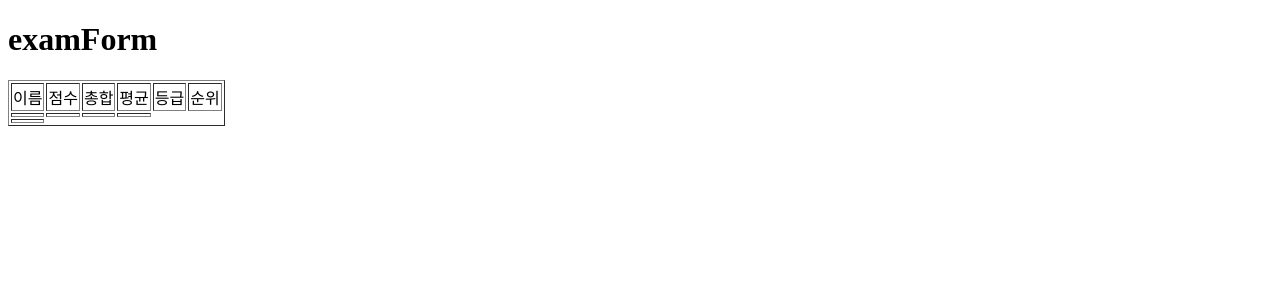
Repository: Jhoon0211/java_work
Page: http://localhost/jspProj/exam/examForm.jsp
The author's editor kept a copy of each file at every save. The page is drawn from the files as they stood at one save, then again after a run of saves.
The browser window is 1280 px wide. The pictures show the whole page.
The page is served by Tomcat 9.

Above is the page before, as saved 2023-07-31 06:55:58.

After the next 2 saves:
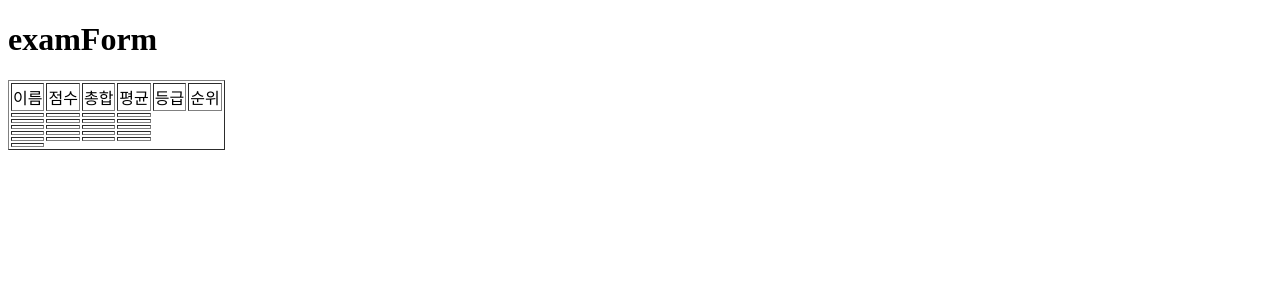
The 2 saves are shown as one change because they came seconds apart.
The last was saved 2 min 9 s later.
--- a/jspProj/src/main/webapp/exam/examForm.jsp
+++ b/jspProj/src/main/webapp/exam/examForm.jsp
@@ -18,12 +18,14 @@
 				<td>등급</td>
 				<td>순위</td>
 			</tr>
+			<% for(int i = 0; i<5; i++){ %>
 			<tr>
 				<td></td>
 				<td></td>
 				<td></td>
 				<td></td>
 			</tr>
+			<% } %>
 			<tr>
 				<td></td>
 			</tr>
